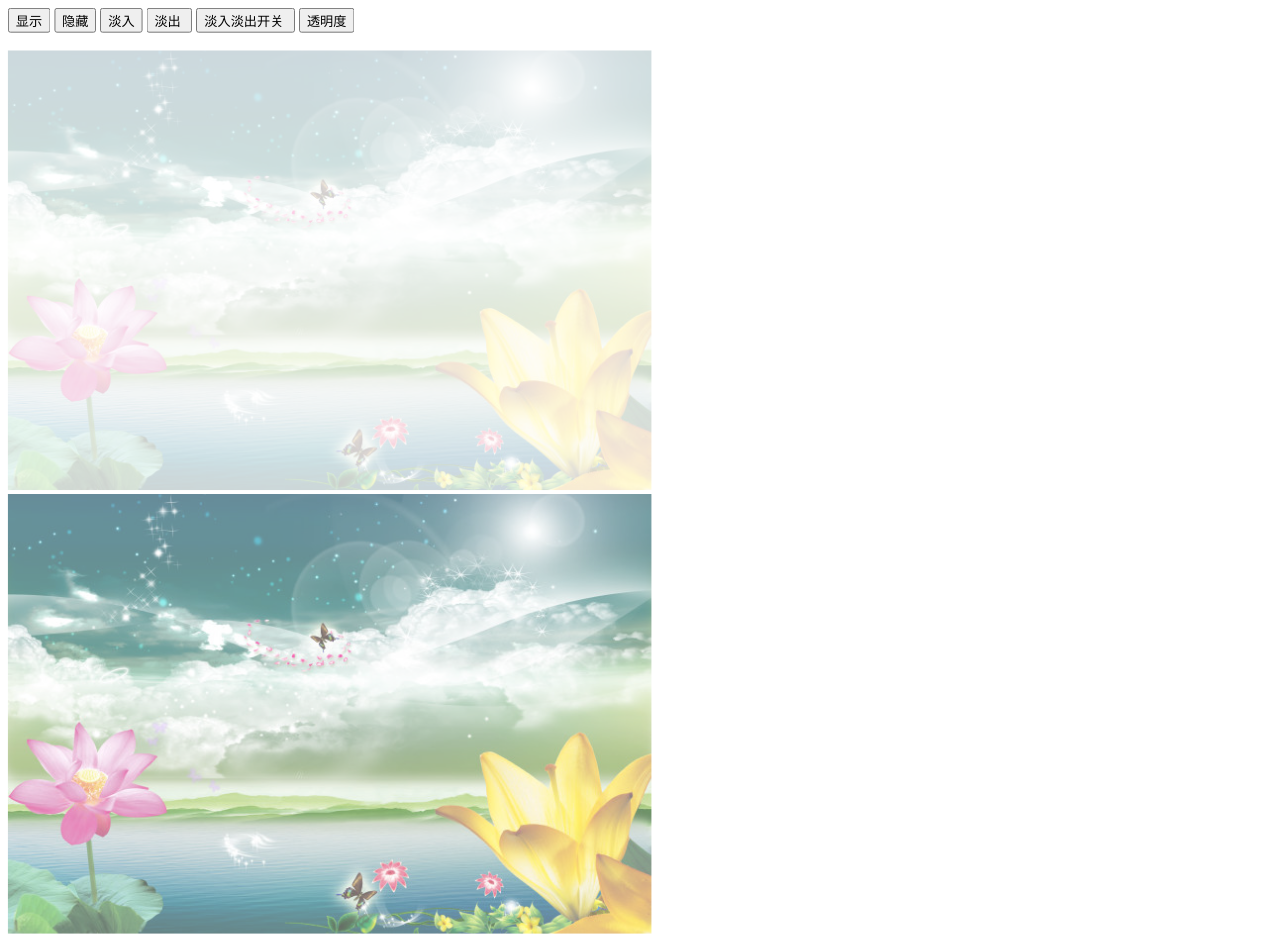
Repository: jsjchai/springmvc_study
Page: springmvc/jquery/jquery_Test/WebContent/jqueryTest14.html
These files come from the project's save history. The page is drawn as it stood at one moment and after the next save; the edit follows.
The browser window is 1280 px wide. The pictures show the whole page, at 99% of full size.
After loading, the first visible `#b6` was clicked once.

Above is the page before, as saved 2015-04-06 11:57:37.

After the next save:
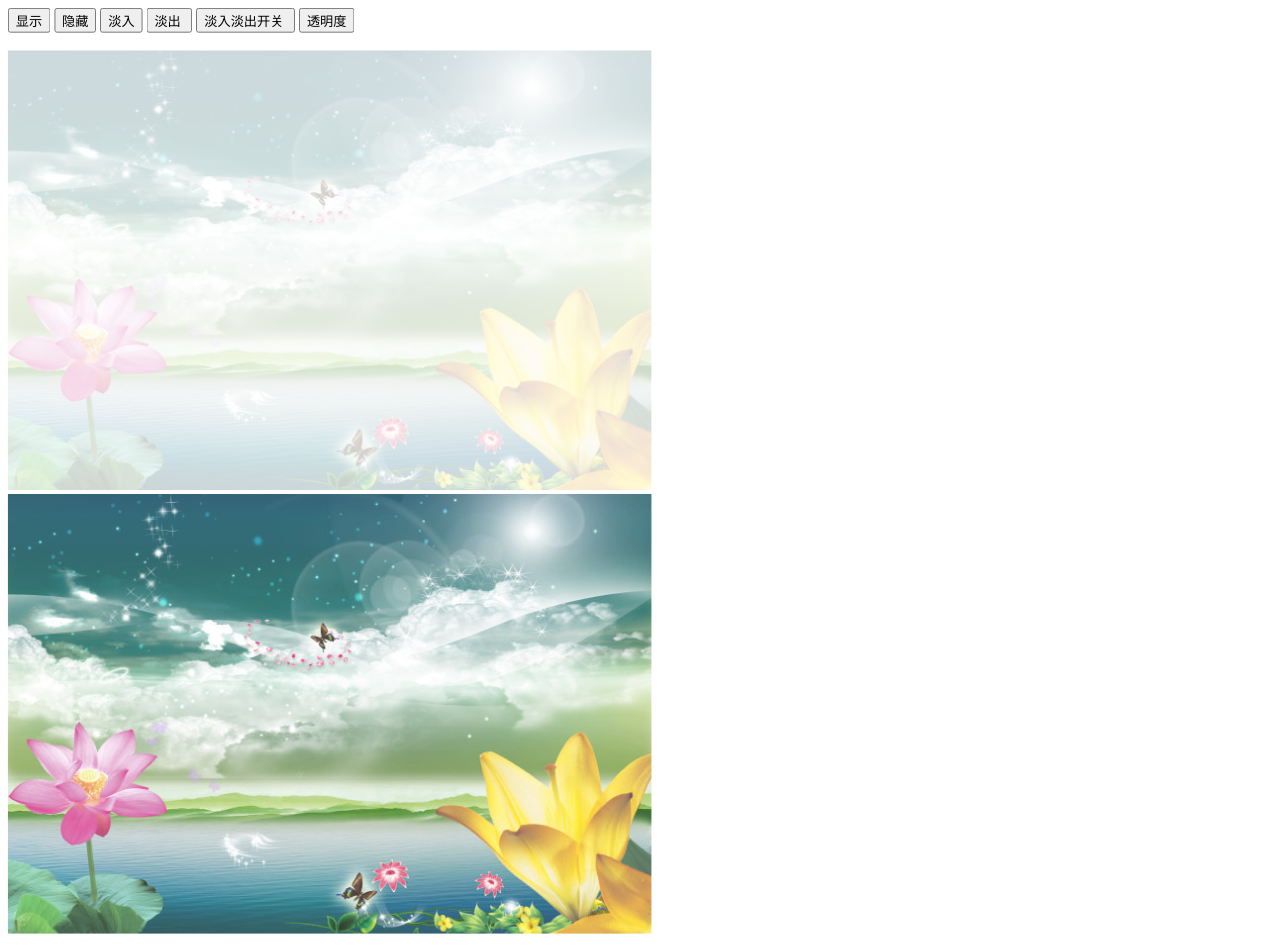
Saved 15 s later.
--- a/springmvc/jquery/jquery_Test/WebContent/jqueryTest14.html
+++ b/springmvc/jquery/jquery_Test/WebContent/jqueryTest14.html
@@ -33,7 +33,7 @@
 		//透明度
 		$("#b6").click(function(){
 			$("#img1").fadeTo("slow",0.2);
-			$("#img2").fadeTo("slow",0.6);
+			$("#img2").fadeTo("slow",0.8);
 		});
 	});
 
